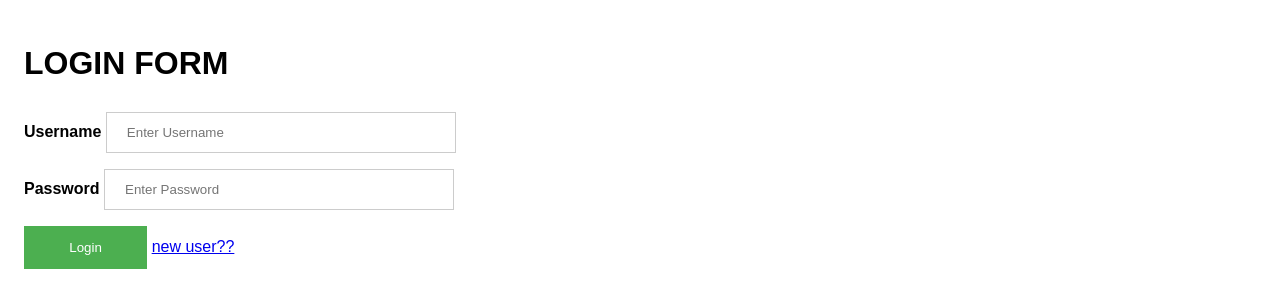
Repository: mugdha97/JSPServlet
Page: http://localhost/com.bridgelabz.loginRegister/login.jsp
An editor plug-in stored every save of this project. The page is shown before and after the next save, followed by the edit.
The browser window is 1280 px wide. The pictures show the whole page.
The page is served by Tomcat 9. Other server files are loaded and not shown.

Above is the page before, as saved 2019-10-19 05:08:00.

### com.bridgelabz.loginRegister/WebContent/login.jsp
<%@ page language="java" contentType="text/html; charset=UTF-8"
    pageEncoding="UTF-8"%>
<!DOCTYPE html>
<html>
<head>
<meta charset="UTF-8">
<link rel="stylesheet" href="login.css"> <!-- add css files -->
</head>
<body>
<form action="login" method="post">
<div class="container">
		<div><h1> LOGIN FORM</h1></div>
      <label for="uname"><b>Username</b></label>
      <input type="text" placeholder="Enter Username" name="uname" required><br>

      <label for="psw"><b>Password</b></label>
      <input type="password" placeholder="Enter Password" name="password" required><br>

      <button type="submit"value="login">Login</button>
     <a href="Registration.jsp">new user??</a>
    </div>
    </form>

<form >


</form>
</body>
</html>

### com.bridgelabz.loginRegister/WebContent/login.css
body {font-family: Arial, Helvetica, sans-serif;}

/* Full-width input fields */
input[type=text], input[type=password] {
  width: 25%;
  padding: 12px 20px;
  margin: 8px 0;
  display: inline-block;
  border: 1px solid #ccc;

}

/* Set a style for all buttons */
button {
  background-color: #4CAF50;
  color: white;
  padding: 14px 20px;
  margin: 8px 0;
  border: none;
  cursor: pointer;
  width: 10%;
}

button:hover {
  opacity: 0.8;
}

/* Extra styles for the cancel button */


.container {
  padding: 16px;
}

span.psw {
  float: right;
  padding-top: 16px;
}

/* The Modal (background) */
.modal {
  display: none; /* Hidden by default */
  position: fixed; /* Stay in place */
  z-index: 1; /* Sit on top */
  left: 0;
  top: 0;
  width: 100%; /* Full width */
  height: 100%; /* Full height */
  overflow: auto; /* Enable scroll if needed */
  background-color: rgb(0,0,0); /* Fallback color */
  background-color: rgba(0,0,0,0.4); /* Black w/ opacity */
  padding-top: 60px;
  align:center;
}

/* Modal Content/Box */
.modal-content {
  background-color: #fefefe;
  margin: 5% auto 15% auto; /* 5% from the top, 15% from the bottom and centered */
  border: 1px solid #888;
  width: 80%; /* Could be more or less, depending on screen size */
}

/* The Close Button (x) */
.close {
  position: absolute;
  right: 25px;
  top: 0;
  color: #000;
  font-size: 35px;
  font-weight: bold;
}

.close:hover,
.close:focus {
  color: red;
  cursor: pointer;
}

After the next save:
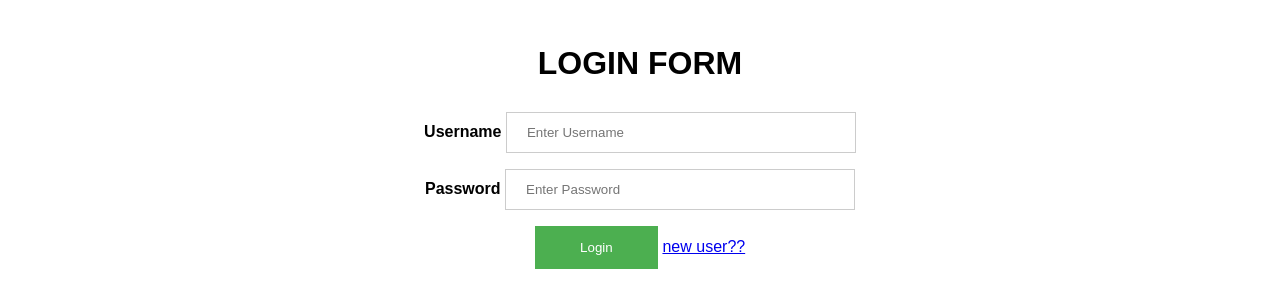
Saved 107 s later.
--- a/com.bridgelabz.loginRegister/WebContent/login.jsp
+++ b/com.bridgelabz.loginRegister/WebContent/login.jsp
@@ -7,6 +7,7 @@
 <link rel="stylesheet" href="login.css"> <!-- add css files -->
 </head>
 <body>
+<center>
 <form action="login" method="post">
 <div class="container">
 		<div><h1> LOGIN FORM</h1></div>
@@ -20,10 +21,6 @@
      <a href="Registration.jsp">new user??</a>
     </div>
     </form>
-
-<form >
-
-
-</form>
+    </center>
 </body>
 </html>
